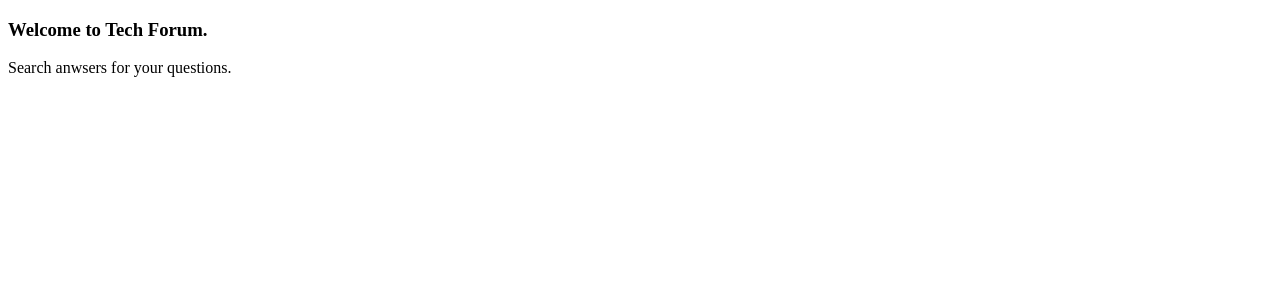
Repository: srajkumarms/my-playground
Page: forum/client/views/index.html
The author's editor kept a record of every edit. The page is drawn from the files as they stood at one moment, then again after the next edit.
The browser window is 1280 px wide. The pictures show the whole page.

Above is the page before.

### forum/client/views/index.html
<!DOCTYPE html>
<html>
    <head>
        <title>
            Tech Forum
        </title>
    </head>
    <body>
        <div>
            <h3>Welcome to Tech Forum.</h3> Search anwsers for your questions.
        </div>
    </body>
</html>

### forum/client/styles/styles.css
h3 {
    font-family:arial;
    font-size:14pt;
}

After the next edit:
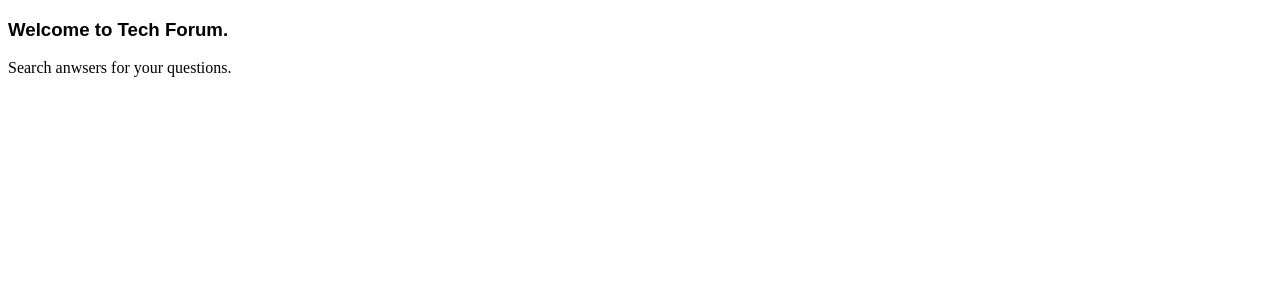
The edit:
--- a/forum/client/views/index.html
+++ b/forum/client/views/index.html
@@ -4,6 +4,7 @@
         <title>
             Tech Forum
         </title>
+        <link rel="stylesheet" href="/c/styles.css" type="text/css" />
     </head>
     <body>
         <div>
